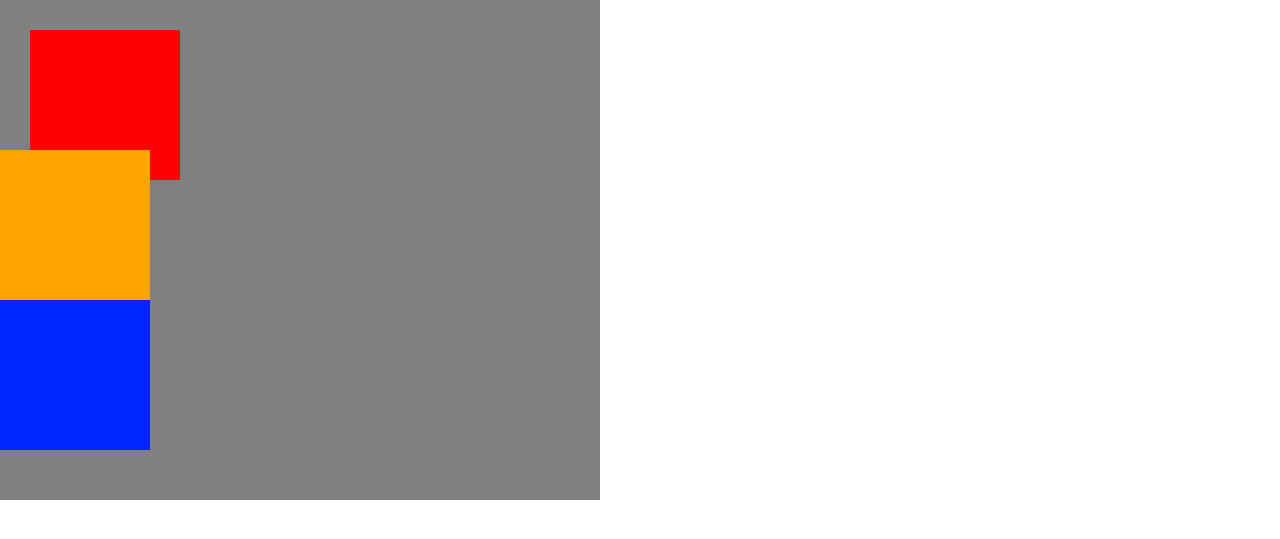
Repository: AytacSafarova/Task-12
Page: index.html
These files come from the project's save history. The page is drawn as it stood at one moment and after the next save; the edit follows.
The browser window is 1280 px wide. The pictures show the whole page.

Above is the page before, as saved 2023-07-27 09:12:16.

### index.html
<!DOCTYPE html>
<html lang="en">
<head>
  <meta charset="UTF-8">
  <meta name="viewport" content="width=device-width, initial-scale=1.0">
  <title>Document</title>
  <link rel="stylesheet" href="./index.css">
</head>
<body>
<div class="container">
  <div class="card"></div>
  <div class="card"></div>
  <div class="card"></div>
</div>

</body>
</html>

### index.css
*{
    margin: 0;
    padding: 0;
    box-sizing: border-box;
}

.container{
width: 600px;
height: 500px;
background-color: gray;
}
.card{
    width: 150px;
    height: 150px;
}
.card:nth-child(1){
    background-color: red;
    position: relative;
    top: 30px;
    /* left: 30px; */
    z-index: 0;
    margin-left: 30px;

}
.card:nth-child(2){
    background-color: orange;
    position: relative;
    z-index: 1;

}
.card:nth-child(3){
    background-color: rgb(0, 38, 255);
}

After the next save:
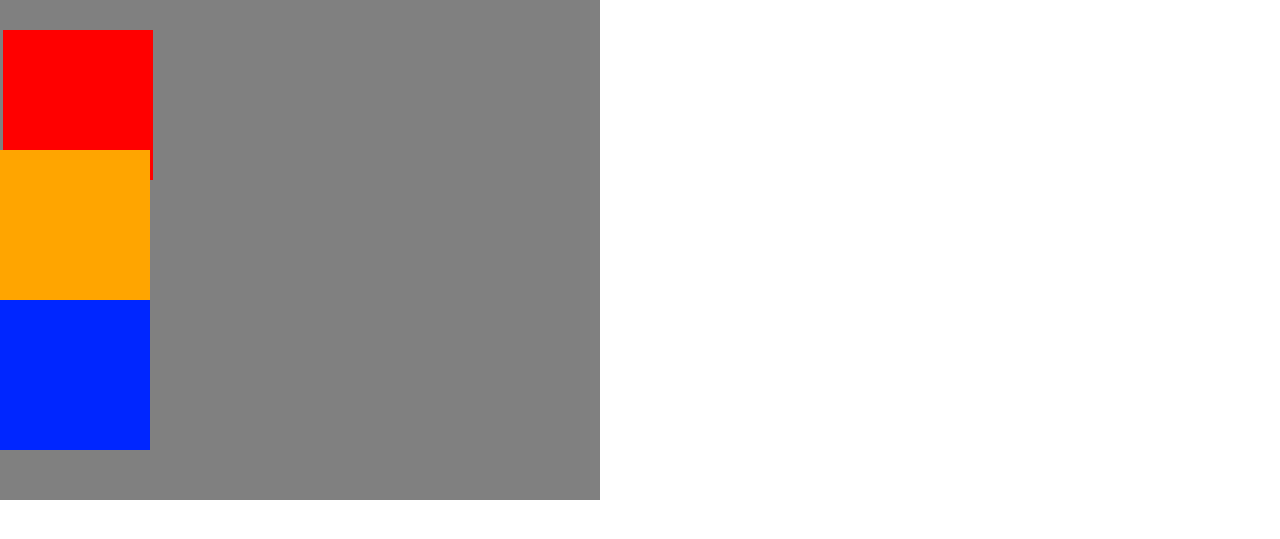
Saved 21 s later.
--- a/index.css
+++ b/index.css
@@ -19,7 +19,7 @@
     top: 30px;
     /* left: 30px; */
     z-index: 0;
-    margin-left: 30px;
+    margin-left: 3px;
 
 }
 .card:nth-child(2){
